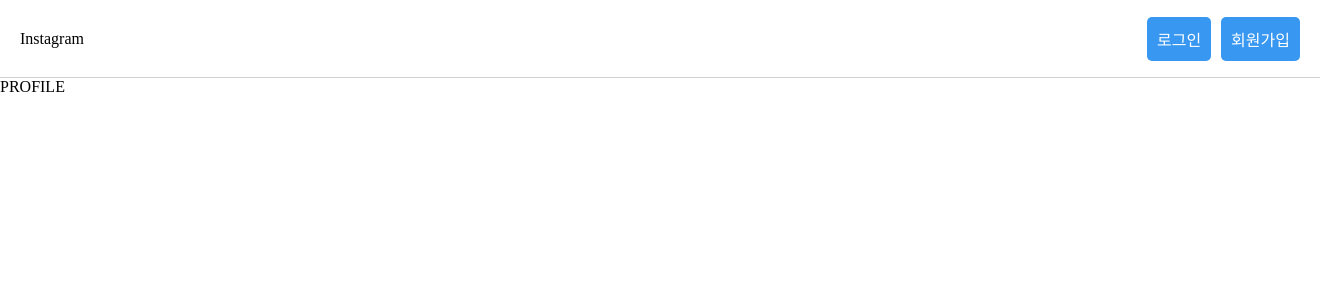
Repository: junshock5/RubyTest
Page: insta.html
The author's editor kept a record of every edit. The page is drawn from the files as they stood at one moment, then again after the next edit.
The browser window is 1280 px wide. The page is 1320 px wide, so the pictures cover 1320 px, including what lies to the right of the window. The pictures show the whole page.

Above is the page before.

### insta.html
<!DOCTYPE html>
<html lang="ko">
    <head>
        <meta charset="UTF-8">
        <link rel="stylesheet" href="./css/insta.css">
        <title>ISTAGRAM</title>
    </head>
    <body>
        <div class="nav_container">
            <div>Instagram</div>
            <div class="auth">
                <div class="auth_button">로그인</div>
                <div class="auth_button2">회원가입</div>
            </div>

        </div>
        <div class="profile_container">
            PROFILE
        </div>
    </body>
</html>

### css/insta.css
*{
    padding:0px;
    margin: 0px;
}
.nav_container{
    width: 100%;
    height:77px;

    display: flex;
    align-items: center;
    justify-content: space-between;
    padding-left: 20px;
    padding-right: 20px;
    border-bottom: 1px solid #d2d2d2;
}

.auth{
    display: flex;
    align-items: center;
    justify-content: space-around;
}
.auth_button{
    padding: 10px;
    background-color: #3897F0;
    color: white;
    border-radius: 5px;
    margin-left: 10px;
}

.auth_button2{
    padding: 10px;
    background-color: #3897F0;
    color: white;
    border-radius: 5px;
    margin-left: 10px;
}
.profile_container{

}

After the next edit:
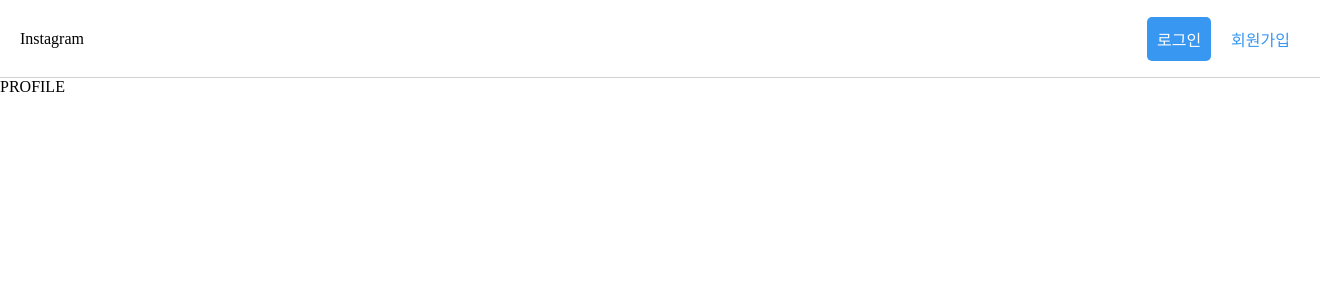
The edit:
--- a/css/insta.css
+++ b/css/insta.css
@@ -29,8 +29,7 @@
 
 .auth_button2{
     padding: 10px;
-    background-color: #3897F0;
-    color: white;
+    color: #3897F0;
     border-radius: 5px;
     margin-left: 10px;
 }
